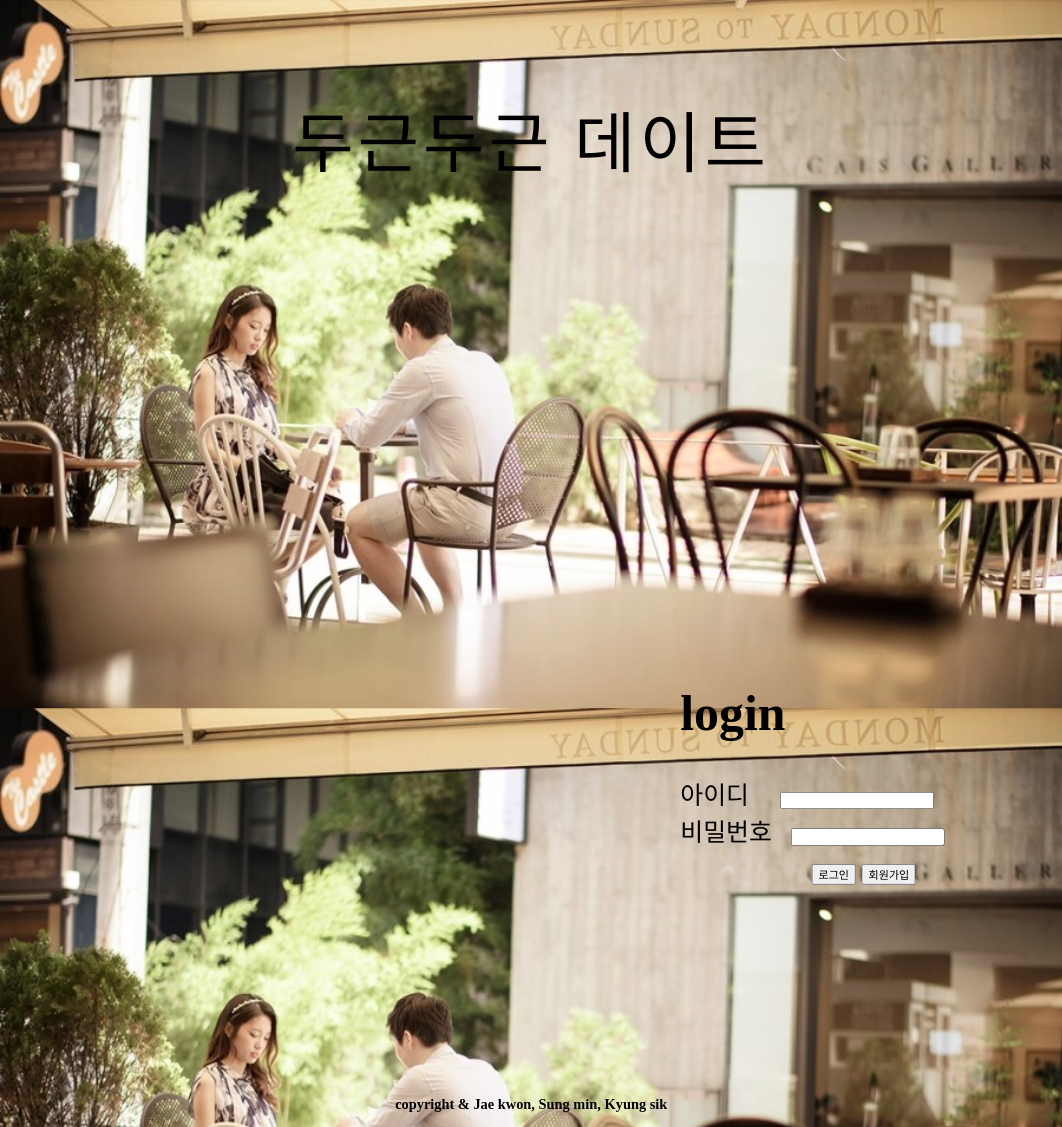
Repository: pinokio531/date_application
Page: http://localhost/doogeunDate/indexPage.jsp
These files come from the project's save history. The page is drawn as it stood at one moment and after the next save; the edit follows.
The browser window is 1280 px wide. The pictures show the whole page, at 83% of full size.
Some web fonts or font styles are not loaded; a fallback is used. The page is served by Tomcat 9.

Above is the page before, as saved 2019-06-04 09:46:53.

### doogeunDate/WebContent/indexPage.jsp
<%@ page language="java" contentType="text/html; charset=UTF-8"
    pageEncoding="UTF-8"%>
<%@ page errorPage = "error/errorpage.jsp" %>
<html lang="en">

<head>
	<link href="https://fonts.googleapis.com/css?family=Nanum+Brush+Script&display=swap" rel="stylesheet">
	<meta charset="EUC-KR">
	<meta http-equiv="X-UA-Compatible" content="ie=edge">
	<title>Document</title>
	<link rel="stylesheet" type="text/css" href="style/index.css" />
</head>

<body>
	<div id="header">
		<p>두근두근 데이트</p>
	</div>
	<form action="f_login.jsp" method="post">
		<div class="container">
			<div class="blank">&nbsp;</div>
			<div class="login">
				<h1>login</h1>
				아이디 &nbsp;&nbsp;&nbsp; <input name="id"><br>
				비밀번호 &nbsp;&nbsp;<input name="passwd"><br>

				<div class="button">
					<input type="submit" value="로그인">
					<input type="button" value="회원가입" onclick="location.href='joinPage.jsp'"><br>
				</div>
			</div>
		</div>
	</form>
	<div class="footer">
		<p>copyright & Jae kwon, Sung min, Kyung sik</p>
	</div>
</body>

</html>

### doogeunDate/WebContent/style/index.css
body{
    background-image:url(../asset/background.jpg);
    background-size: 100%;
}

#header{
    text-align: center;
    padding: 20px;
    font-family: 'Nanum Brush Script', cursive;
    font-size: 60pt;
    letter-spacing: 5px;
}

.container{
    height: 80%;
    margin: 0 auto;
}

.blank{
    float: left;
    width: 65%;
    height: 80%;
}

.footer{
    padding-top: 400px;
    text-align: center;
    font-size: 13pt;
}

.login{
    float: right;
    margin:10px;
    width: 35%;
    height: 80%;
    font-family: 'Nanum Brush Script', cursive;
    font-size: 30px;
}

.button{
    margin: 10px;
    text-align:center;
}

.footer p {
    font-weight: bold;
}

After the next save:
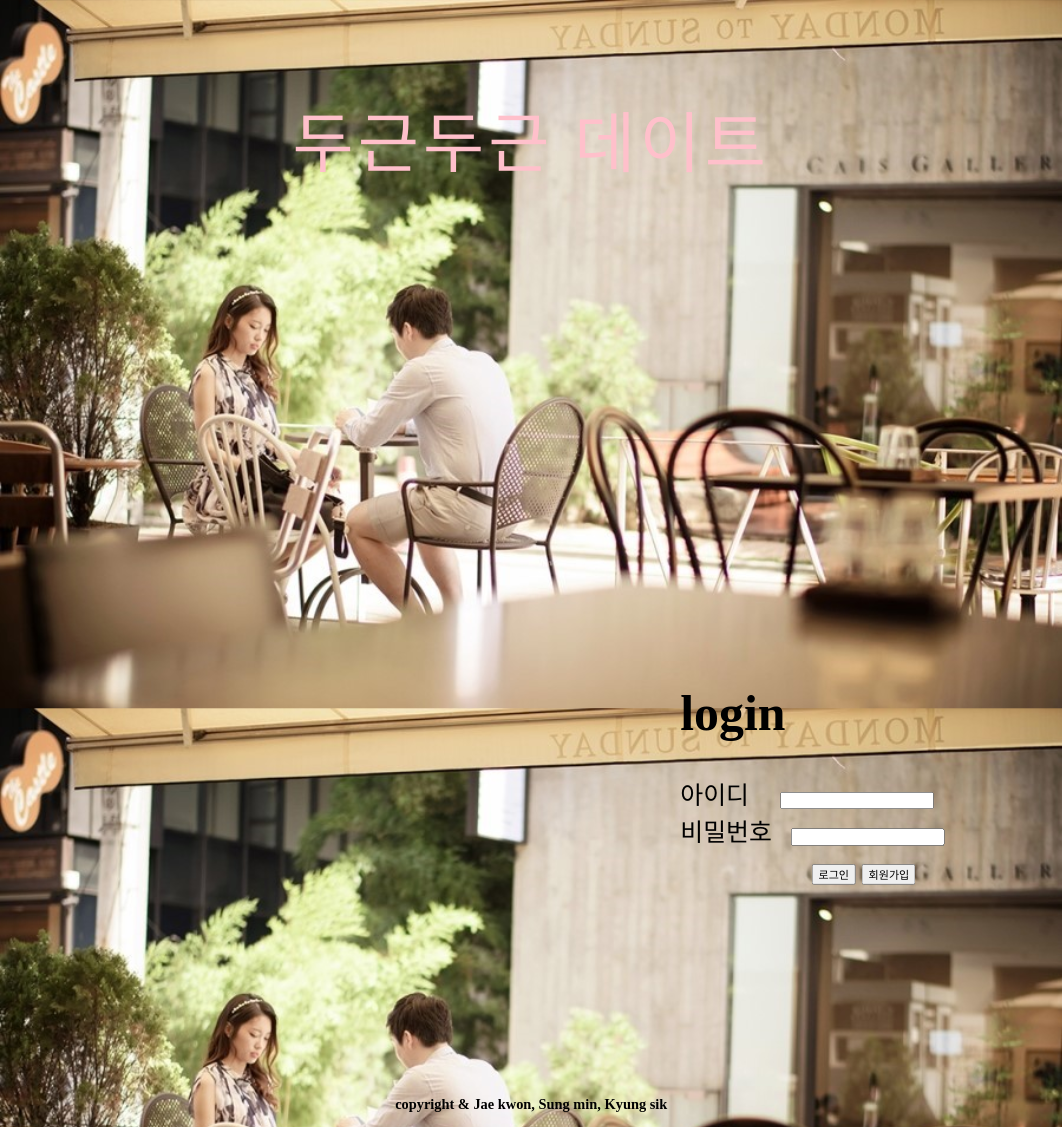
Saved 50 s later.
--- a/doogeunDate/WebContent/style/index.css
+++ b/doogeunDate/WebContent/style/index.css
@@ -9,6 +9,7 @@ body{
     font-family: 'Nanum Brush Script', cursive;
     font-size: 60pt;
     letter-spacing: 5px;
+    color: pink;
 }
 
 .container{
